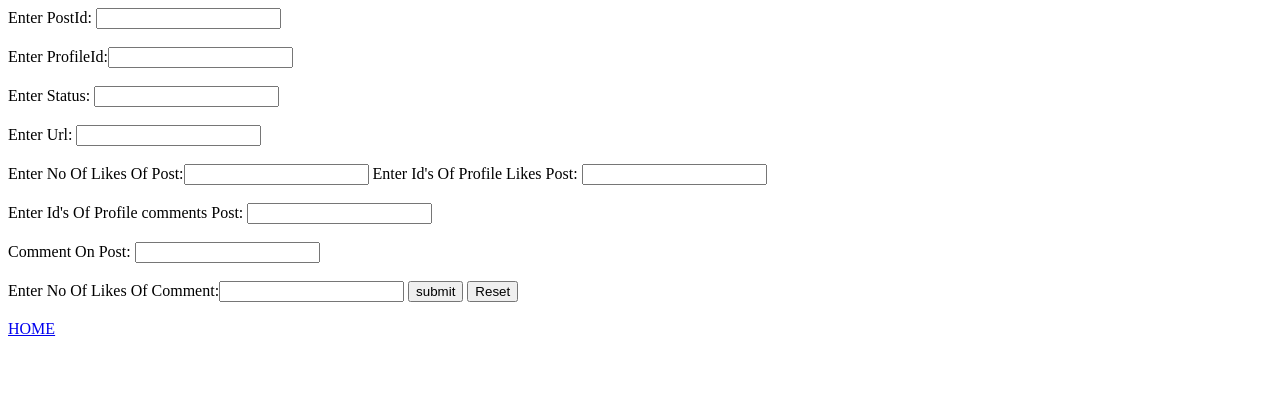
Repository: deepikabachhav/Ally-World-Post
Page: http://localhost/website/WEB-INF/jsp/AddPostForm.jsp
An editor plug-in stored every save of this project. The page is shown before and after the next save, followed by the edit.
The browser window is 1280 px wide. The pictures show the whole page.
The page is served by Tomcat 9. Nobody is signed in. The template is opened directly, without the code that normally fills it, so the values that code supplies are empty.

Above is the page before, as saved 2019-02-12 06:33:11.

After the next save:
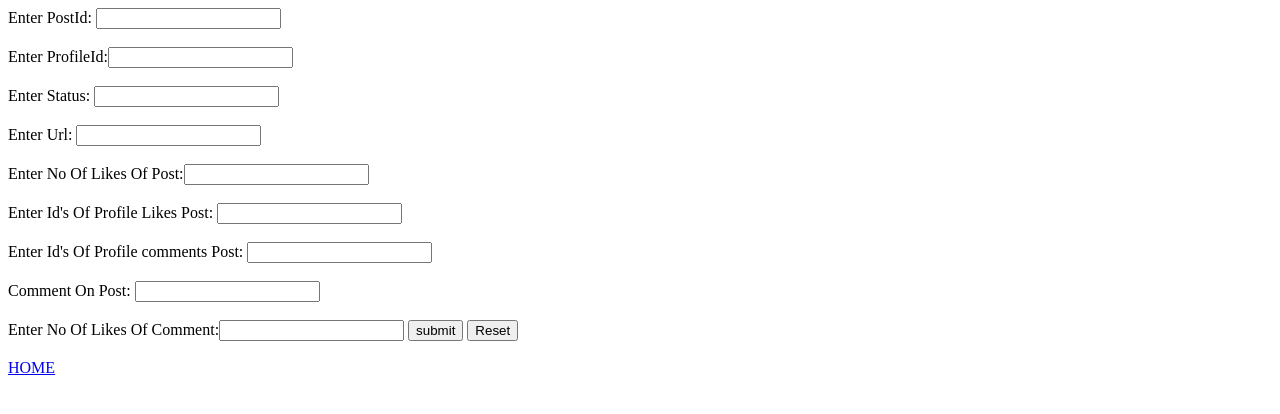
Saved 89 s later.
--- a/website/src/main/webapp/WEB-INF/jsp/AddPostForm.jsp
+++ b/website/src/main/webapp/WEB-INF/jsp/AddPostForm.jsp
@@ -12,7 +12,7 @@
 		Enter ProfileId:<input type="text" name="profileId"/> <br /> <br />
 		Enter Status:  <input type="text" name="status"/><br /> <br />
 		Enter Url: <input type="text" name="url"/> <br /> <br />
-		Enter No Of Likes Of Post:<input type="number" name="likes">
+		Enter No Of Likes Of Post:<input type="number" name="likes"> <br /> <br />
 		Enter Id's Of Profile Likes Post: <input type="text" name="likesProfileId"/> <br /> <br />
 		Enter Id's Of Profile comments Post: <input type="text" name="commentProfileId"/> <br /> <br />
 		Comment On Post: <input type="text" name="comment"/> <br /> <br />
